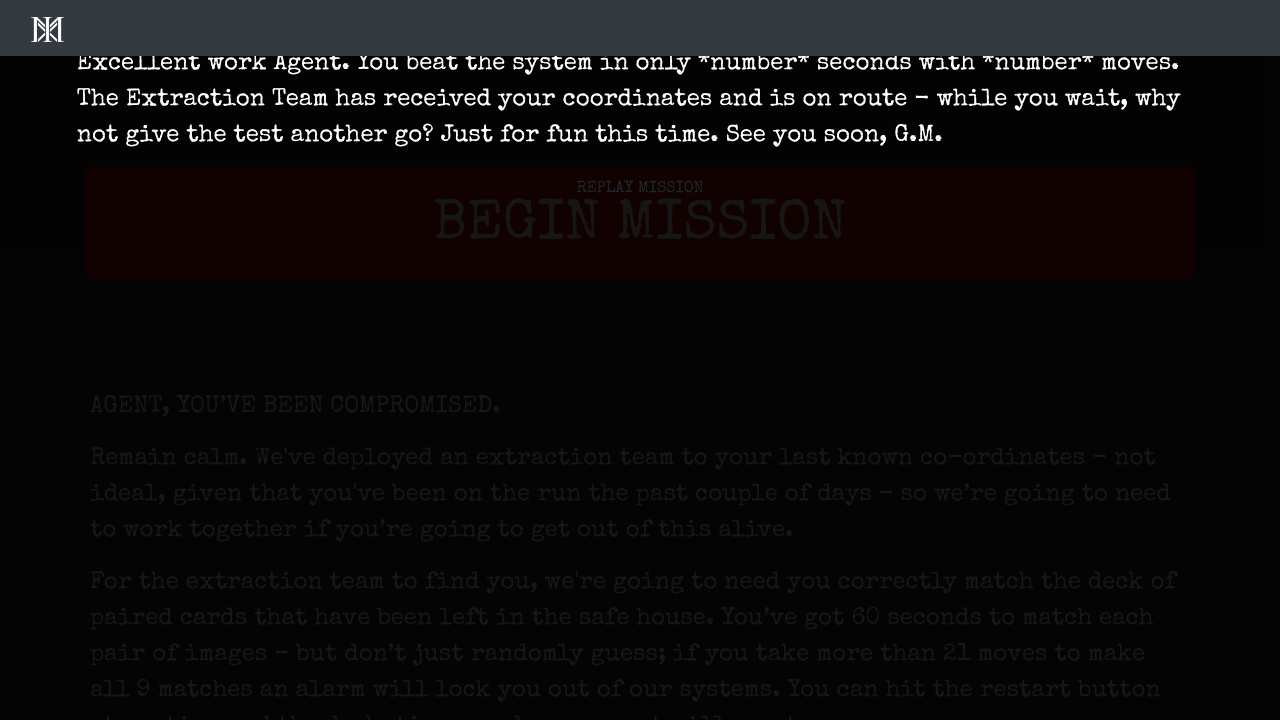
Repository: Code-Institute-Submissions/Milestone-25
Page: index.html
The author's editor kept a record of every edit. The page is drawn from the files as they stood at one moment, then again after the next edit.
The browser window is 1280 px wide. The pictures show the window.
A layer covers the whole window, so only the first screen is drawn. Some web libraries are served in a nearby version.

Above is the page before.
Console error (its wording comes from the project's code and is left out).

### index.html
<!DOCTYPE html>
<html lang="en">

<head>
  <meta charset="UTF-8">
  <meta name="viewport" content="width=device-width, initial-scale=1">
  <meta http-equiv="X-UA-Compatible" content="ie=edge">
  <link rel="stylesheet" href="https://stackpath.bootstrapcdn.com/bootstrap/4.4.1/css/bootstrap.min.css" integrity="sha384-Vkoo8x4CGsO3+Hhxv8T/Q5PaXtkKtu6ug5TOeNV6gBiFeWPGFN9MuhOf23Q9Ifjh" crossorigin="anonymous">
  <script src="https://maxcdn.bootstrapcdn.com/bootstrap/4.4.1/js/bootstrap.min.js"></script>
  <script src="https://use.fontawesome.com/releases/v5.12.0/js/all.js"></script>
  <link rel="stylesheet" href="assets/css/style.css" media="screen">
  <title>Memoryphile Home</title>
</head>

<body>
  <!--Navbar for style purposes only-->
  <nav class="navbar navbar-expand-md navbar-dark bg-dark sticky-top">
    <div class="container-fluid">
      <a class="navbar-brand"><img src="./assets/images/logo.png" class="logo" alt="Memoryphile Logo"></a>
    </div>
  </nav>

  <!--Button to jump to game-->
  <div class="container-fluid padding">
    <div class="row padding">
      <div class="container-sm">
        <a href="./game.html"><button type="button" class="btn btn-secondary btn-lg btn-block">BEGIN MISSION</button></a>
      </div>
    </div>
  </div>

  <!--Instructions paragraph-->
  <div class="container-fluid padding">
    <div class="row padding">
      <div class="col-md">
        <p class="instructions">AGENT, YOU’VE BEEN COMPROMISED.</p>
        <p class="instructions">Remain calm. We've deployed an extraction team to your last known co-ordinates - not ideal, given that you've been on the run the past couple of days – so we’re going to need to work together if you’re going to get out of this alive.</p>
        <p class="instructions"> For the extraction team to find you, we're going to need you correctly match the deck of paired cards that have been left in the safe house. You’ve got 60 seconds to match each pair of images – but don’t just randomly guess; if you take more than
          21 moves to make all 9 matches an alarm will lock you out of our systems. You can hit the restart button at anytime and the deck, timer, and move count will reset.</p>
        <p class="instructions"> Make the matches, and your updated coordinates will be sent across… fail any of these requirements and you’re on your own.</p>
        <p class="instructions"> Good luck Agent,</p>
        <p class="instructions"> G.M.</p>
      </div>
    </div>
  </div>

  <!-- testing game popup -->
  <!-- mission success overlay -->
  <div id="success" class="overlay">
    <div class="box">
      <h2 class="title">Mission Success</h2>
      <p class="instructions">Excellent work Agent. You beat the system in only *number* seconds with *number* moves. The Extraction Team has received your coordinates and is on route - while you wait, why not give the test another go? Just for fun this time. See you soon, G.M.</p>
      <a href="#"><button type="button" class="btn btn-replay btn-block">REPLAY MISSION</button></a>
    </div>
  </div>

  <!-- mission failure overlay -->
    <div id="failure" class="overlay">
    <div class="box">
      <h2 class="title">Mission Success</h2>
      <p class="instructions">Excellent work Agent. You beat the system in only *number* seconds with *number* moves. The Extraction Team has received your coordinates and is on route - while you wait, why not give the test another go? Just for fun this time. See you soon, G.M.</p>
      <a href="#"><button type="button" class="btn btn-replay btn-block">REPLAY MISSION</button></a>
    </div>
  </div>
  <!--<div id="failure" class="overlay">-->
  <!--  <h2 class="title">Mission Failure</h2>-->
  <!--  <p class="instructions">Agent. AGENT. This is not good. I've managed to get a softlock on your loaction, but can't confirm extraction until I've received your coordinates. Try again.</p>-->
  <!--   <p class="instructions">And Agent? No mistakes this time.</p>-->
  <!--   <div>restart button</div>-->
  <!--</div>-->


</body>


</html>

### assets/css/style.css
@import url('https://fonts.googleapis.com/css?family=Homemade+Apple|Special+Elite&display=swap');

/* ==============  MEDIA QUERIES   ==============*/

/*--------Bootstrap Breakpoints---------*/

/* xs devices (<576px) = default in Bootstrap (hence no media query)

sm devices (>576px) = @media max-width: 576px

md devices (>768px) = @media max-width: 768px

lg devices (>992px) = @media max-width: 992px

xl devices (>1200px) = @media max-width: 1200px
*/

/*--------Media Queries--------*/

/* max-width, not min-width, for mobile-first styling */

@media (max-width: 992px) {}

@media (max-width: 768px) {}

@media (max-width: 576px) {}


/* ==============STYLING==============*/

/*--------HTML, BODY Styling-----*/

html,
body {
    height: 100%;
    width: 100%;
    font-family: 'Special Elite', sans-serif;
    color: #fff;
    background-color: #2c2c2d;
    box-sizing: border-box;
}

/*------------BUTTON STYLING--------*/

.btn-secondary {
    background-color: #c30e0e;
    border-color: #c30e0e;
    margin-top: 10%;
    margin-bottom: 10%;
    font-size: 350%;
    padding-top: 1.5%;

}


/*------------Instructions STYLING--------*/

.instructions {
    font-size: 150%;
    display: inline-block;
    margin-left: 6%;
    margin-right: 6%;
}


/*--------------GAME.html styling---------*/

*,
*::before,
*::after {
    box-sizing: inherit;
}


.gameContainer {
    /* Flexbox */
    flex-direction: column;
    display: flex;
    justify-content: center;
    align-items: center;
}

.logo {
    height: 25px;
}

.nav-link {
    padding-top: 5px;
    color: #fff;
    font-size: 25px;
}

a:hover {
    color: #424242;
    text-decoration: none;
}


/*------------REQUIRMENTS Styling--------*/

.requirements {
    text-align: left;
    margin-top: 35px;
    margin-bottom: 25px;
    width: 950px;
    font-size: 200%;

}

.requirements .timer {
    float: left;
}

.requirements .restart {
    float: right;
}

.requirements .moves {
    float: inherit;
}

.requirements-timer {
    text-align: center;
    margin-top: 35px;
    font-size: 300%;
}


/*------------GAMEDECK Styling ---------*/

.gamedeck {
    min-height: 600px;
    width: 1350px;
    background: #888888;
    border-radius: 15px;
    padding: 30px;
    /* Flexbox */
    display: flex;
    flex-wrap: wrap;
    justify-content: center;
    align-items: center;
}

.gamedeck .card {
    height: 175px;
    width: 175px;
    background: #424242;
    border-radius: 8px;
    box-shadow: 5px 2px 20px 0 rgba(46, 61, 73, 0.5);
    margin: 1%;
    /* shrink font so that when a card is 'flipped', font enlarges */
    font-size: 0;
    color: #ffffff;
    display: flex;
    justify-content: center;
    align-items: center;
    /* add cursor to indicate interactivity to user */
    cursor: pointer;
}

/* for click reveal */

.gamedeck .card.open {
    transform: rotateY(0) !important;
    font-size: 75px;
    background: #421a1a;
    /* fix for webpages */
    -webkit-backface-visibility: visible !important;
    backface-visibility: visible !important;
    /* return cursor to default to inform user card is no longer clickable */
    cursor: default;
}

.gamedeck .card.show {
    font-size: 75px;
    display: inherit!important;
}

.gamedeck .card.close {
    pointer-events: none;
    opacity: 0.9;
}

.gamedeck .card.matched {
    cursor: default;
    background: #523632;
    font-size: 75px;
}

/*--------------------Overlay Styling -------------*/

.overlay {
    position: fixed;
    top: 0;
    bottom: 0;
    left: 0;
    right: 0;
    background: rgba(0, 0, 0, 0.7);
}

/*.overlay:target {*/
/*	visibility: visible;*/
/*	opacity: 1;*/
/*}*/

.title {
    display: inline-block;
    margin-left: 6%;
    margin-right: 6%;
}

/*.popup {*/
/*	margin: 70px auto;*/
/*	padding: 20px;*/
/*	background: #ffffff;*/
/*	border-radius: 5px;*/
/*	width: 85%;*/
/*	position: relative;*/
/*	transition: all 5s ease-in-out;*/
/*	font-family: 'Gloria Hallelujah', cursive;*/
/*}*/

/*.popup h2 {*/
/*	margin-top: 0;*/
/*	color: #333;*/
/*	font-family: Tahoma, Arial, sans-serif;*/
/*}*/

/*.popup .close {*/
/*	position: absolute;*/
/*	top: 20px;*/
/*	right: 30px;*/
/*	transition: all 200ms;*/
/*	font-size: 30px;*/
/*	font-weight: bold;*/
/*	text-decoration: none;*/
/*	color: #333;*/
/*}*/

/*.popup .close:hover {*/
/*	color: #E5F720;*/
/*}*/

/*.popup .content-1,*/
/*.content-2 {*/
/*	max-height: 30%;*/
/*	overflow: auto;*/
/*	text-align: center;*/
/*}*/

/*.show {*/
/*	visibility: visible !important;*/
/*	opacity: 100 !important;*/
/*}*/

After the next edit:
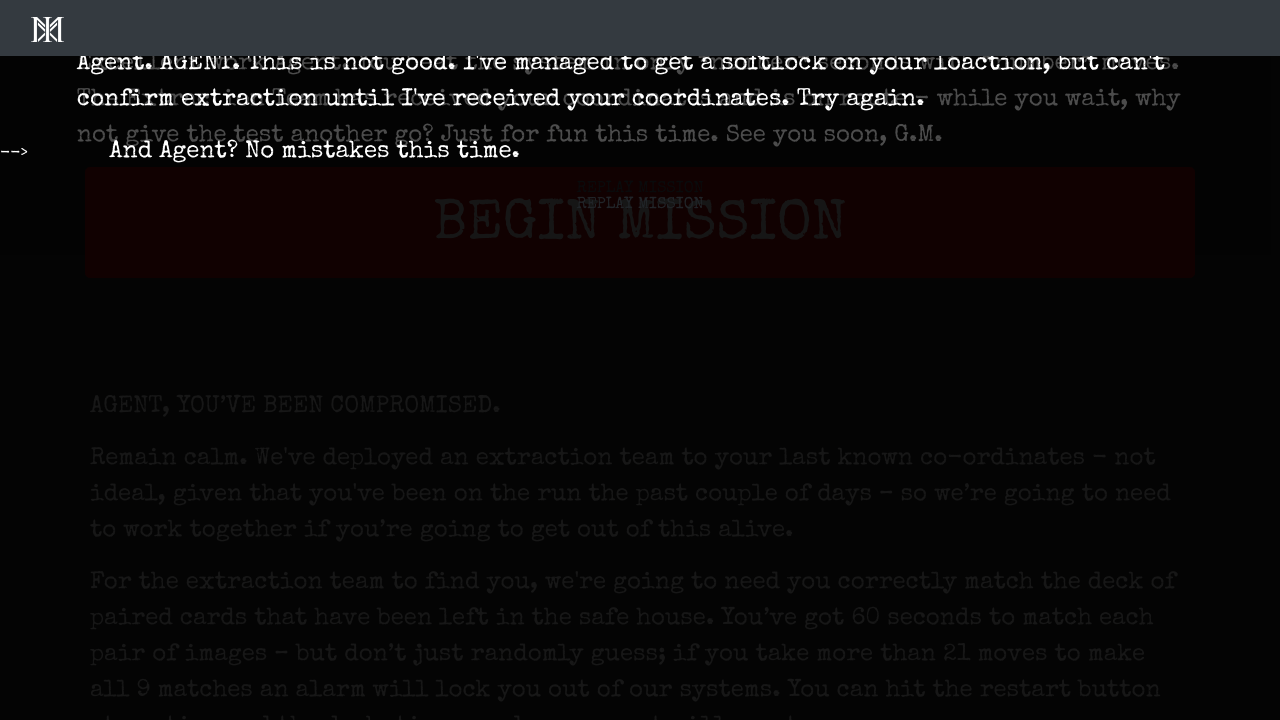
The edit:
--- a/index.html
+++ b/index.html
@@ -55,10 +55,11 @@
   </div>
 
   <!-- mission failure overlay -->
-    <div id="failure" class="overlay">
+  <div id="failure" class="overlay">
     <div class="box">
       <h2 class="title">Mission Success</h2>
-      <p class="instructions">Excellent work Agent. You beat the system in only *number* seconds with *number* moves. The Extraction Team has received your coordinates and is on route - while you wait, why not give the test another go? Just for fun this time. See you soon, G.M.</p>
+      <p class="instructions">Agent. AGENT. This is not good. I've managed to get a softlock on your loaction, but can't confirm extraction until I've received your coordinates. Try again.</p>-->
+      <p class="instructions">And Agent? No mistakes this time.</p>
       <a href="#"><button type="button" class="btn btn-replay btn-block">REPLAY MISSION</button></a>
     </div>
   </div>
